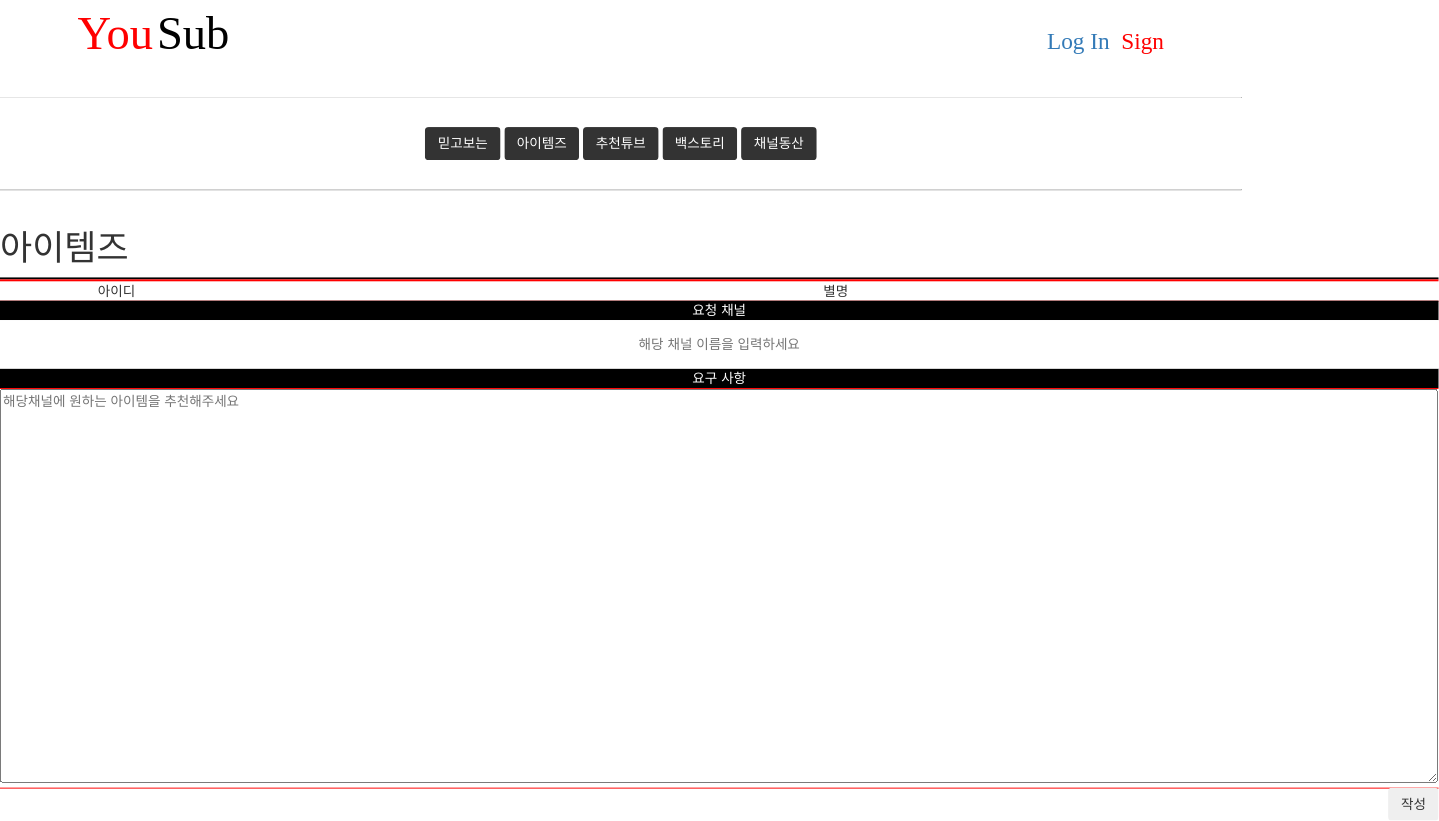
Repository: rkdeoqja/YouSub
Page: http://localhost/yousub/board/itemsWrite.jsp
These files come from the project's save history. The page is drawn as it stood at one moment and after the next save; the edit follows.
The browser window is 1280 px wide. The page is 1483 px wide, so the pictures cover 1483 px, including what lies to the right of the window. The pictures show the whole page, at 97% of full size.
Some web fonts or font styles are not loaded; a fallback is used. The page is served by Tomcat 9. Other server files are loaded and not shown.

Above is the page before, as saved 2019-10-16 14:23:47.

### yousub/WebContent/board/itemsWrite.jsp
<%@ page language="java" contentType="text/html; charset=EUC-KR"
    pageEncoding="EUC-KR"%>
<%@ taglib prefix="c" uri="http://java.sun.com/jsp/jstl/core" %>
<!DOCTYPE html>
<html>
<head>
<meta charset="EUC-KR">
<link href="https://fonts.googleapis.com/css?family=Righteous&display=swap" rel="stylesheet">
<link href="https://fonts.googleapis.com/css?family=Gothic+A1|Righteous&display=swap" rel="stylesheet">
<link rel="stylesheet" href="main.css">
<link rel="stylesheet" href="./css/bootstrap.css">
<title>Insert title here</title>
<style type="text/css">
.button{

	text-decoration:none;

	background:#333333;
	border-radius: 5px;
	color:white;
	padding:3px 8px;
}

div{margin:auto;}
</style>
</head>
<body>
<div>

	<jsp:include page="../main_top.jsp"></jsp:include>
</div>

	<div>
		<jsp:include page="../main_menu.jsp"></jsp:include>
	</div>

<div>
<form action="itemsWrite.do" method="post">
	<table  border='0' width='1200' cellspacing='0' cellpadding='2' align=center>
		<tr align="left">
			<th><h1>아이템즈</h1><th>
		</tr>
		<tr>
			<td colspan=4 height="2" bgcolor="black"></td>
		</tr>
		<tr>
		<td colspan=4 height="2" bgcolor="red"></td>
		</tr>
		<tr>
			<td colspan="1" align="center" style="width:240px">아이디</td>
			<td colspan="1" align="left" style="padding-left: 30px;" class="two"><h4>${id}</h4>
			<input type="hidden" name="id" value="${id }"></td>
			<td colspan="1" align="center" >별명</td>
			<td colspan="1" align="left" style="padding-left: 30px;" class="two"><h4>${nick}</h4>
			<input type="hidden" name="nick" value="${nick }"></td>
		</tr>
		<tr>
		<td colspan=4 height="0.5" bgcolor="red"></td>
		</tr>
		<tr>
			<td colspan="4" align="center" style="background-color:black; color:white">요청 채널</td>
			</tr>
			<tr>
			<td colspan="4" class="two"><input type="Text" size="180" placeholder="해당 채널 이름을 입력하세요" name="chName" style="height: 50px"></td>
		</tr>

		<tr>
			<td colspan="4" align="center" style="background-color:black; color:white;" >요구 사항</td>
		</tr>
		<tr>
		<td colspan=4 height="0.5" bgcolor="red"></td>
		</tr>
		<tr>
			<td colspan="4" class="two"><textArea rows="20" cols="180" name="iContent" placeholder="해당채널에 원하는 아이템을 추천해주세요"></textArea></td>
		</tr>
		<tr>
		<td colspan=4 height="0.5" bgcolor="red"></td>
		</tr>
		<tr>

			<td colspan="4" align="right"><input type="submit" value="작성" class="btn btn-black"></td>
		</tr>
	</table>
</form>
</div>

</body>
</html>

### yousub/WebContent/main_top.jsp
<%@ page language="java" contentType="text/html; charset=EUC-KR"
    pageEncoding="EUC-KR"%>
<!DOCTYPE html>
<html>
<head>
<meta charset="EUC-KR">
<link rel="stylesheet" href="main.css">
<title>Insert title here</title>
</head>
<body>
		<div>
			<div class="logo">
			<a href="mainPage.do">
				<font class="logoft" color="red" size="150" style="padding-left: 80px;">You</font>
				<font class="logoft" color="black" size="150">Sub</font>
			</a>

			</div>
			<div class="logo_center">
			</div>
	<%
		if(session.getAttribute("id")!= null){
			String userId = session.getAttribute("id").toString();
	%>
			<div class=logo_right>
				<font class="logoft" size="5px">
					<a href="memberInfo.do" class=""><%=userId %></a>&nbsp;
					<a href="logout.do" style="padding-right: 80px;"><font color="red">Log Out</font></a>
				</font>
			</div>
	<%
		}else{
	%>
			<div class=logo_right>
				<font class="logoft" size="5px">
					<a href="loginPage.do">Log In</a>&nbsp;
					<a href="joinPage.do" style="padding-right: 80px;"><font color="Red">Sign</font></a>
				</font>
			</div>
	<%
		}



	%>

		</div>
	<br><br><br><br>

</body>
</html>

### yousub/WebContent/main_menu.jsp
<%@ page language="java" contentType="text/html; charset=EUC-KR"
    pageEncoding="EUC-KR"%>


		<hr color=black>
<div>
		<nav id="b">
			<a class="btn" href="believePage.do" >믿고보는</a>
			<a class="btn" href="itemsPage.do" >아이템즈</a>
			<a class="btn" href="offerPage.do" >추천튜브</a>
			<a class="btn" href="#" >백스토리</a>
			<a class="btn" href="#" >채널동산</a>
		</nav>
		<hr color=black>
		<link rel="stylesheet" href="main.css">
		<link rel="stylesheet" href="./css/bootstrap.css">
</div>

### yousub/WebContent/board/main.css
@charset "EUC-KR";
.logo{
	float:left;
}
.logo_right{
	margin-top:25px;
	float:right;



}
.logoft{

	font-family:righteous,serif;

}
.kor{
	font-family:"Gothic A1",serif;
}
div.hot_clip{
display:inline-table;
padding-left: 35%;
padding-right:0%;
}
a{
	text-decoration:none;
	color:black;
}
.line{
	color:
}
nav#b{
	text-align:center;
	background:white;
	margin:20px 0;
	padding:10px;
	}
nav a{

	text-decoration:none;

	background:#333333;
	border-radius: 5px;
	color:white;
	padding:3px 8px;
}


.rank{
	top-margin:100;
	float:right;
}
.radi{
	border-radius:25px;
	border:1.5px solid black;

	padding:20px;
	width:auto;
	height:350px;
}
.re_best{
	margin-top:10px;
	margin-left:9%;
	border:1px solid black;
	width:40%;
	height:300px;
	float:left;

}
.re_new{
	margin-top:10px;
	margin-left:1%;
	border:1px solid black;
	width:40%;
	height:300px;
	float:left;
}
input{
border:none;
text-align:center;
}
tr td input.btnRed {
	text-decoration: none;
	background: red;
	border-radius: 5px;
	color: white;
	padding: 3px 8px;
}
tr td input.btnBlack {
	text-decoration: none;
	background: #333333;
	border-radius: 5px;
	color: white;
	padding: 3px 8px;
}

Loaded but not shown: yousub/WebContent/css/bootstrap.css (library)

After the next save:
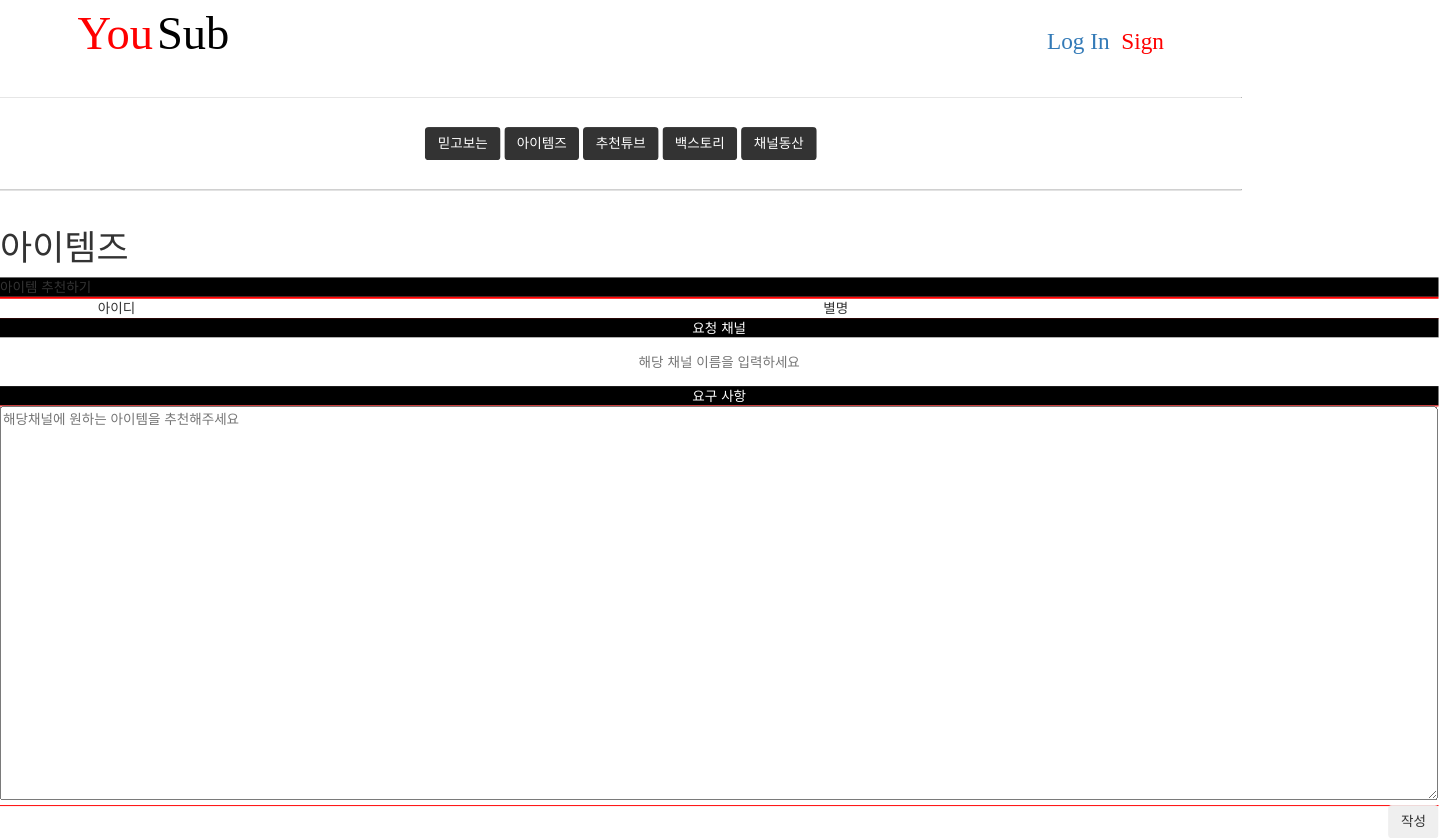
Saved 34 s later.
--- a/yousub/WebContent/board/itemsWrite.jsp
+++ b/yousub/WebContent/board/itemsWrite.jsp
@@ -41,7 +41,7 @@ div{margin:auto;}
 			<th><h1>아이템즈</h1><th>
 		</tr>
 		<tr>
-			<td colspan=4 height="2" bgcolor="black"></td>
+			<td colspan=4 height="2" bgcolor="black">아이템 추천하기</td>
 		</tr>
 		<tr>
 		<td colspan=4 height="2" bgcolor="red"></td>
